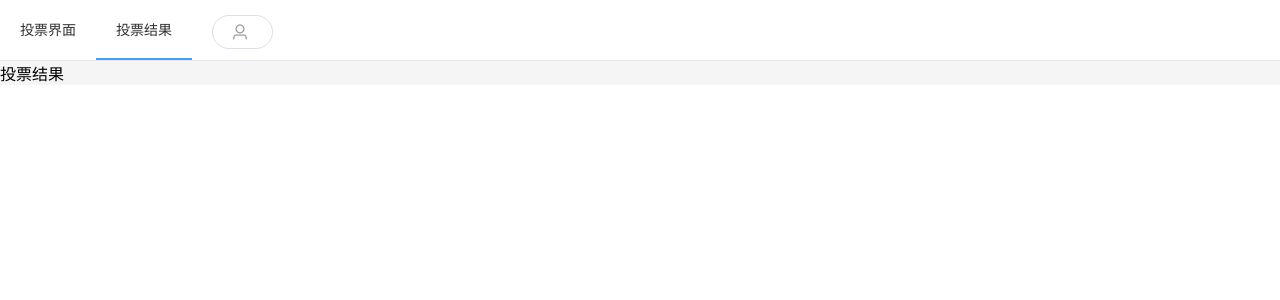
Repository: 280hhh/vote
Page: /#/result
An editor plug-in stored every save of this project. The page is shown before and after the next save, followed by the edit.
The browser window is 1280 px wide. The pictures show the whole page.
The project was rebuilt for these pictures with package versions that can differ from the ones it lists, and the page was loaded fresh each time. Also part of the build but not shown: src/components/login.vue, src/components/home.vue, src/components/register.vue.

Above is the page before, as saved 2021-06-14 18:13:11.

After the next save:
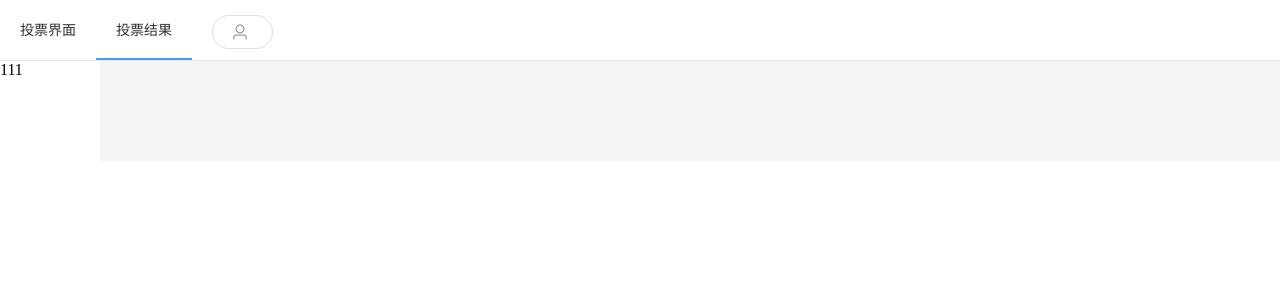
Saved 2 min 5 s later.
--- a/src/components/result.vue
+++ b/src/components/result.vue
@@ -1,5 +1,7 @@
 <template>
-  <div class="result_container">投票结果</div>
+  <div class="result_container">
+    <div class="result_box">111</div>
+  </div>
 </template>
 
 <script>
@@ -19,4 +21,9 @@
 .result_container{
   background-color: #f5f5f5;
 }
+.result_box{
+  background-color: white;
+  width: 100px;
+  height: 100px;
+}
 </style>
